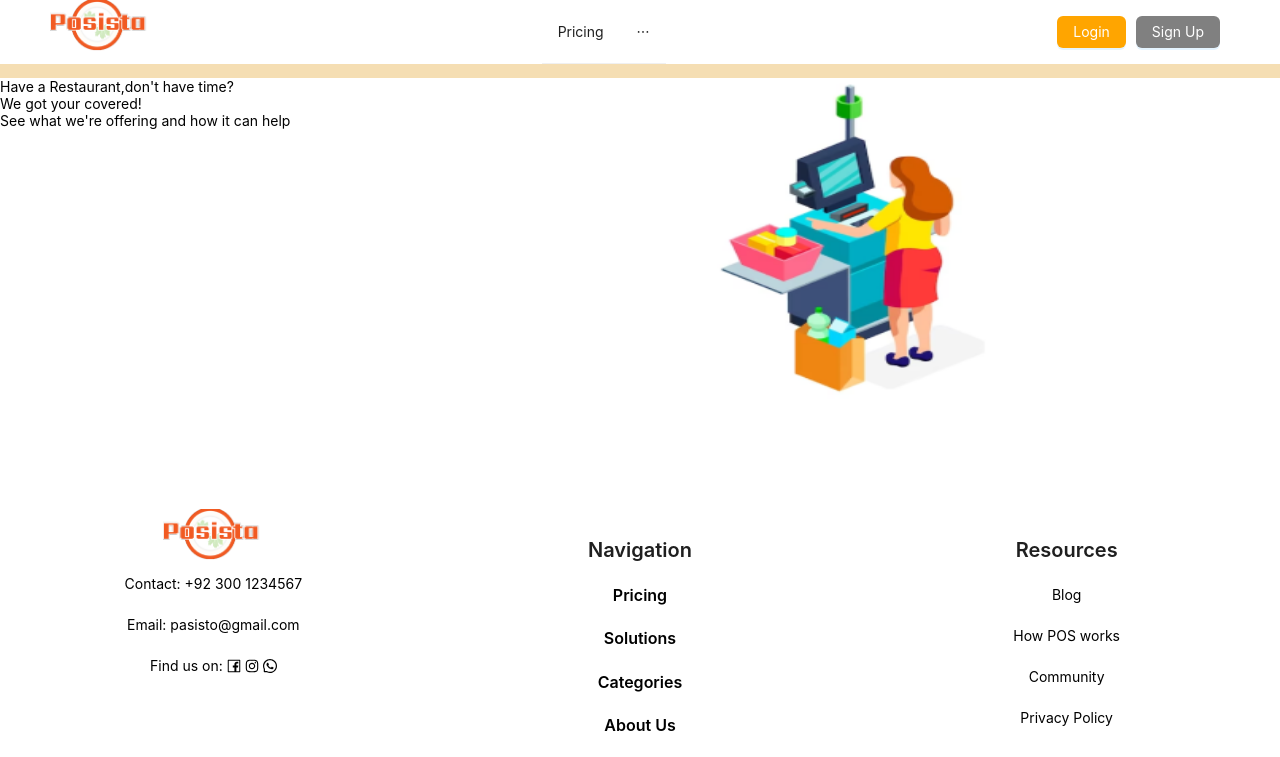
Repository: usmanarshad90/Posista
Page: / (app in test/)
The author's editor kept a copy of each file at every save. The page is drawn from the files as they stood at one save, then again after the next save.
The browser window is 1280 px wide. The pictures show the whole page.
The project was rebuilt for these pictures with package versions that can differ from the ones it lists, and the page was loaded fresh each time. Also part of the build but not shown: test/src/components/Pricing/Pricing.jsx, test/src/components/Solution/Solutions.jsx, test/src/components/About/AboutUs.jsx, test/src/components/login/login.jsx, test/src/components/signup/signup.jsx.

Above is the page before, as saved 2023-11-28 14:54:05.

After the next save:
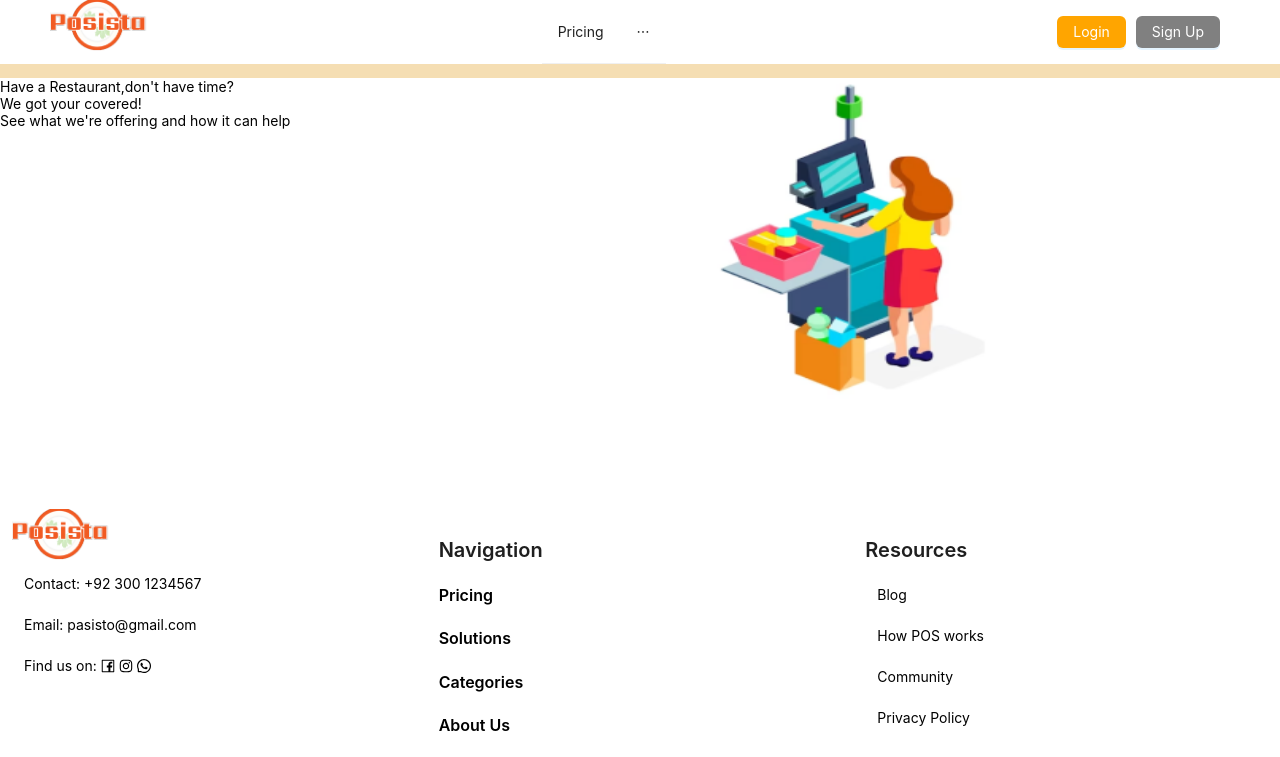
Saved 4 min 15 s later.
--- a/test/src/components/Footer/Footer.jsx
+++ b/test/src/components/Footer/Footer.jsx
@@ -7,7 +7,7 @@
 const Footer = () => {
   const style = {
     padding: '12px',
-    textAlign: 'center', // Center text within each column
+    textAlign: 'left', // Center text within each column
     color:'black',
   };
 

After the save that followed:
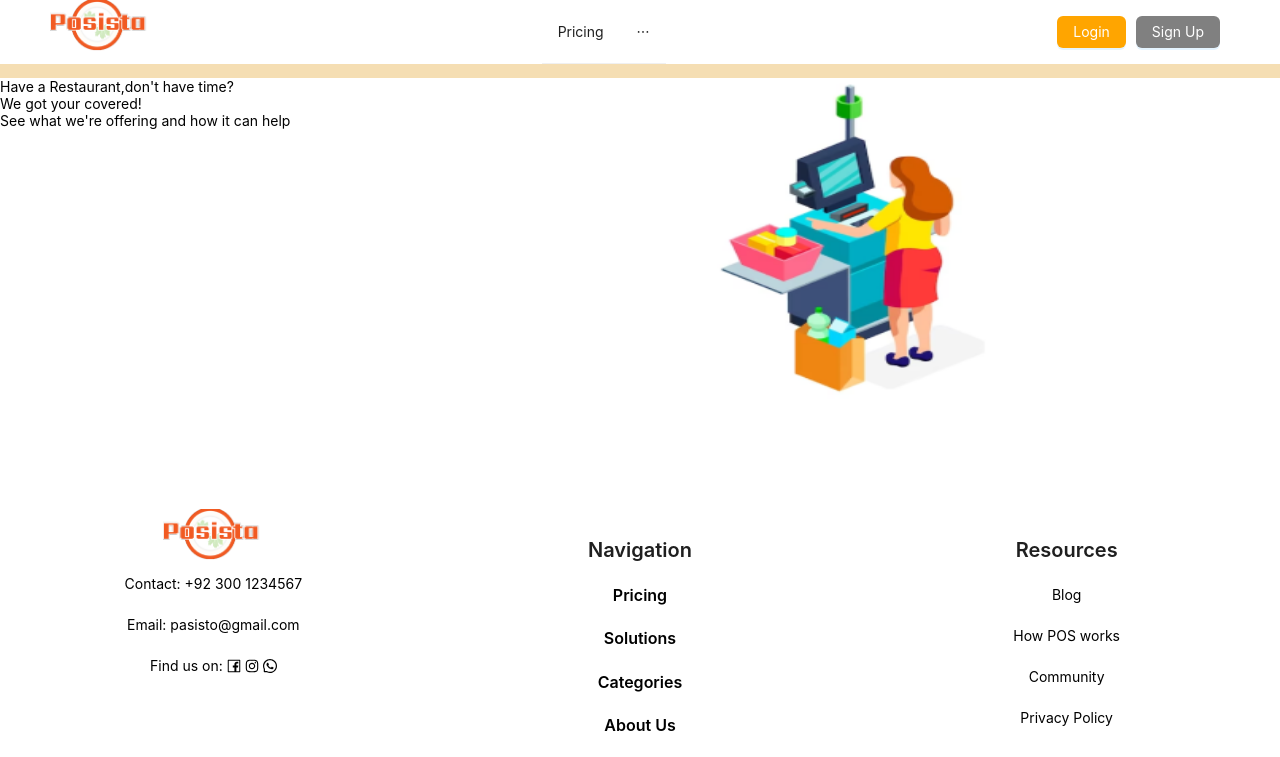
Saved 51 s later.
--- a/test/src/components/Footer/Footer.jsx
+++ b/test/src/components/Footer/Footer.jsx
@@ -7,7 +7,7 @@
 const Footer = () => {
   const style = {
     padding: '12px',
-    textAlign: 'left', // Center text within each column
+    textAlign: 'center', // Center text within each column
     color:'black',
   };
 
